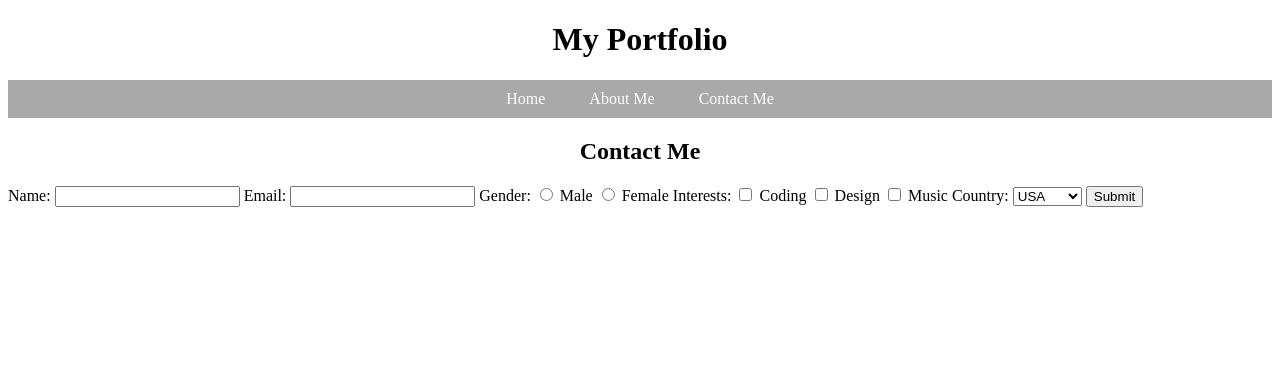
Repository: harshitanthal1/my_portfolio
Page: contactme.html
The author's editor kept a copy of each file at every save. The page is drawn from the files as they stood at one save, then again after the next save.
The browser window is 1280 px wide. The pictures show the whole page.

Above is the page before, as saved 2024-02-04 11:11:24.

### contactme.html
<!DOCTYPE html>
<html lang="en">
<head>
    <meta charset="UTF-8">
    <meta name="viewport" content="width=device-width, initial-scale=1.0">
    <title>My Portfolio</title>
    <link rel="stylesheet" href="styles/styles.css" />
</head>
<body>
    <header><h1>My Portfolio</h1></header>
    <nav>
        <li><a href="index.html" >Home</a></li>
        <li><a href="aboutme.html" >About Me</a></li>
        <li><a href="contactme.html" >Contact Me</a></li>
    </nav>

    <h2>Contact Me</h2>
  <form>
    <label for="name">Name:</label>
    <input type="text" id="name" name="name" required>

    <label for="email">Email:</label>
    <input type="email" id="email" name="email" required>

    <label>Gender:</label>
    <label><input type="radio" name="gender" value="male"> Male</label>
    <label><input type="radio" name="gender" value="female"> Female</label>

    <label for="interests">Interests:</label>
    <label><input type="checkbox" name="interests" value="coding"> Coding</label>
    <label><input type="checkbox" name="interests" value="design"> Design</label>
    <label><input type="checkbox" name="interests" value="music"> Music</label>

    <label for="country">Country:</label>
    <select id="country" name="country">
      <option value="usa">USA</option>
      <option value="canada">Canada</option>
      <option value="uk">UK</option>
    </select>

    <input type="submit" value="Submit">
  </form>
</body>
</html>

### styles/styles.css
header {
    text-align: center;
}

nav {
    background-color: darkgrey;
    color: white;
    padding: 10px;
    text-align: center;
}

li {
    display: inline;
    margin-right: 20px;
    margin-left: 20px;
}

a {
    text-decoration: none;
    color: white;
}

main {
    display: flex;
    flex-direction: row;
}

#profile {
    width: 29%;
    margin-right: 1%;;
    padding: 10px;
    width: 350px;
    border-right: 2px solid black;
}

#info {
    display: flex;
    width: 70%;
    justify-content: space-around;
}

.sub-box {
    width: 30%;
    border: 1.5px solid black;
    border-radius: 25px;
    padding: 10px;
}

h3 {
    text-align: center;
    border-bottom: 1.5px solid black;

}

#profile-summery {
    text-align: justify;
}

#home-intro {
    font-size: 44px;
    margin-left: 3%;
    margin-top: 3%;
    border-left: 2px solid black;
    padding-left: 20px;
}

img {
    border-radius: 50%;
}

h2 {
    text-align: center;
}

After the next save:
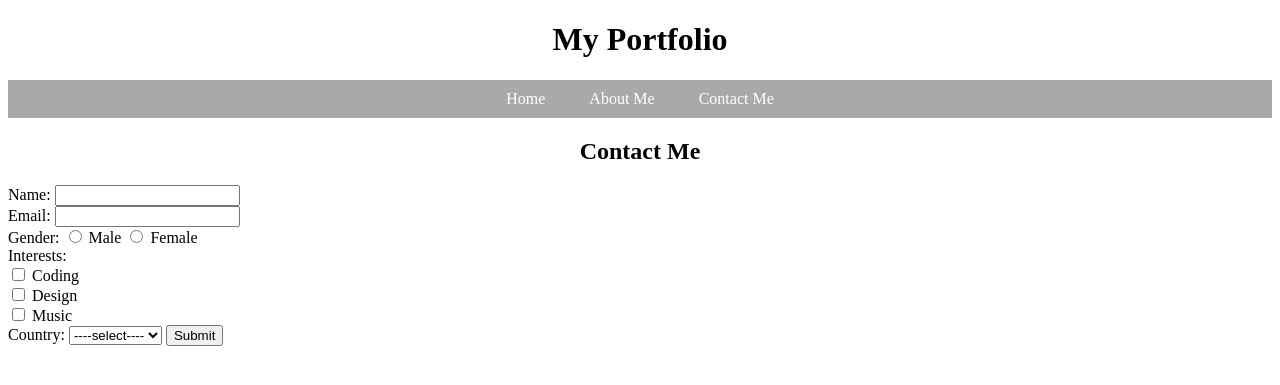
Saved 4 min 3 s later.
--- a/contactme.html
+++ b/contactme.html
@@ -18,21 +18,25 @@
   <form>
     <label for="name">Name:</label>
     <input type="text" id="name" name="name" required>
+    <br />
 
     <label for="email">Email:</label>
     <input type="email" id="email" name="email" required>
+    <br />
 
     <label>Gender:</label>
     <label><input type="radio" name="gender" value="male"> Male</label>
     <label><input type="radio" name="gender" value="female"> Female</label>
+    <br />
 
-    <label for="interests">Interests:</label>
-    <label><input type="checkbox" name="interests" value="coding"> Coding</label>
-    <label><input type="checkbox" name="interests" value="design"> Design</label>
-    <label><input type="checkbox" name="interests" value="music"> Music</label>
+    <label for="interests">Interests:</label><br />
+    <label><input type="checkbox" name="interests" value="coding"> Coding</label><br />
+    <label><input type="checkbox" name="interests" value="design"> Design</label><br />
+    <label><input type="checkbox" name="interests" value="music"> Music</label><br />
 
     <label for="country">Country:</label>
     <select id="country" name="country">
+      <option value="select">----select----</option>
       <option value="usa">USA</option>
       <option value="canada">Canada</option>
       <option value="uk">UK</option>
